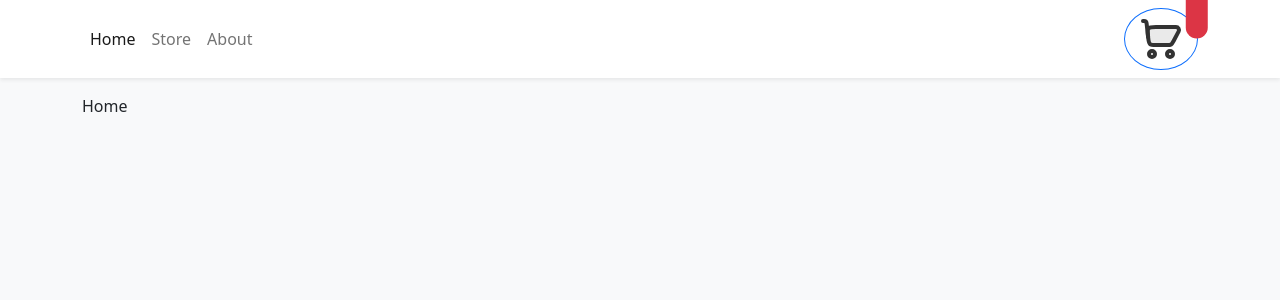
Repository: MoNasr2022/shopping-cart
Page: /
The author's editor kept a copy of each file at every save. The page is drawn from the files as they stood at one save, then again after a run of saves.
The browser window is 1280 px wide. The pictures show the whole page.
The project was rebuilt for these pictures with package versions that can differ from the ones it lists, and the page was loaded fresh each time. Also part of the build but not shown: vite.config.ts, src/pages/Store.tsx, src/pages/About.tsx.

Above is the page before, as saved 2023-04-17 01:41:26.

### index.html
<!DOCTYPE html>
<html lang="en">
  <head>
    <meta charset="UTF-8" />
    <link rel="icon" type="image/svg+xml" href="/vite.svg" />
    <meta name="viewport" content="width=device-width, initial-scale=1.0" />
    <title>Nasr Shopping Cart</title>
  </head>
  <body class="bg-light">
    <div id="root"></div>
    <script type="module" src="/src/main.tsx"></script>
  </body>
</html>

### src/App.tsx
import { Routes, Route } from "react-router-dom";
import { Container } from "react-bootstrap";
import Home from "./pages/Home";
import Store from "./pages/Store";
import About from "./pages/About";
import Navbar from "./components/Navbar";

function App() {
  return (
    <>
      <Navbar />
      <Container className="mb-4">
        <Routes>
          <Route path="/" element={<Home />} />
          <Route path="/store" element={<Store />} />
          <Route path="/about" element={<About />} />
        </Routes>
      </Container>
    </>
  );
}

export default App;

### src/pages/Home.tsx


export default function Home () {
  return (
    <div>Home</div>
  )
}

### src/components/Navbar.tsx
import { Navbar as NavbarB } from "react-bootstrap";
import { Container, Nav, Button } from "react-bootstrap";
import { NavLink } from "react-router-dom";

export default function Navbar() {
  return (
    <NavbarB className="bg-white shadow-sm mb-3">
      <Container>
        <Nav className="me-auto">
          <Nav.Link as={NavLink} to="/">
            {" "}
            Home
          </Nav.Link>
          <Nav.Link as={NavLink} to="/store">
            {" "}
            Store
          </Nav.Link>
          <Nav.Link as={NavLink} to="/about">
            {" "}
            About
          </Nav.Link>
        </Nav>
        <Button
          className=" rounded-circle"
          variant="outline-primary"
          style={{ position: "relative" }}
        >
          <svg
            width="3rem"
            height="3rem"
            viewBox="0 0 24 24"
            fill="none"
            xmlns="http://www.w3.org/2000/svg"
          >
            <path
              opacity="0.1"
              d="M5.60464 11.4417C5.79269 13.1343 5.88672 13.9805 6.45624 14.4903C7.02576 15 7.87723 15 9.58017 15H9.70588H13.4706H14.827C16.0002 15 16.5867 15 17.0627 14.7134C17.5387 14.4268 17.8132 13.9084 18.3621 12.8716L20.8303 8.20947C21.361 7.207 20.6343 6 19.5 6H9.70588H9.46906C7.38336 6 6.34051 6 5.74427 6.66616C5.14803 7.33231 5.2632 8.36878 5.49353 10.4417L5.60464 11.4417Z"
              fill="#323232"
            />
            <path
              d="M5.60464 11.4417C5.79269 13.1343 5.88672 13.9805 6.45624 14.4903C7.02576 15 7.87723 15 9.58017 15H9.70588H13.4706H14.827C16.0002 15 16.5867 15 17.0627 14.7134C17.5387 14.4268 17.8132 13.9084 18.3621 12.8716L20.8303 8.20947C21.361 7.207 20.6343 6 19.5 6V6H9.70588H9.46906C7.38336 6 6.34051 6 5.74427 6.66616C5.14803 7.33231 5.2632 8.36878 5.49353 10.4417L5.60464 11.4417Z"
              stroke="#323232"
              stroke-width="2"
              stroke-linejoin="round"
            />
            <path
              d="M3 3H3.5V3C4.1642 3 4.72218 3.49942 4.79553 4.15955L5.55558 11"
              stroke="#323232"
              stroke-width="2"
              stroke-linecap="round"
              stroke-linejoin="round"
            />
            <path
              d="M9 19.5C9 20.3284 8.32843 21 7.5 21C6.67157 21 6 20.3284 6 19.5C6 18.6716 6.67157 18 7.5 18C8.32843 18 9 18.6716 9 19.5Z"
              stroke="#323232"
              stroke-width="2"
            />
            <path
              d="M18 19.5C18 20.3284 17.3284 21 16.5 21C15.6716 21 15 20.3284 15 19.5C15 18.6716 15.6716 18 16.5 18C17.3284 18 18 18.6716 18 19.5Z"
              stroke="#323232"
              stroke-width="2"
            />
          </svg>
          <span className="position-absolute bottom-0 start-100 translate-middle badge rounded-pill bg-danger"
          >3</span>
        </Button>
      </Container>
    </NavbarB>
  );
}

Loaded but not shown: src/main.tsx (common file)

After the next 2 saves:
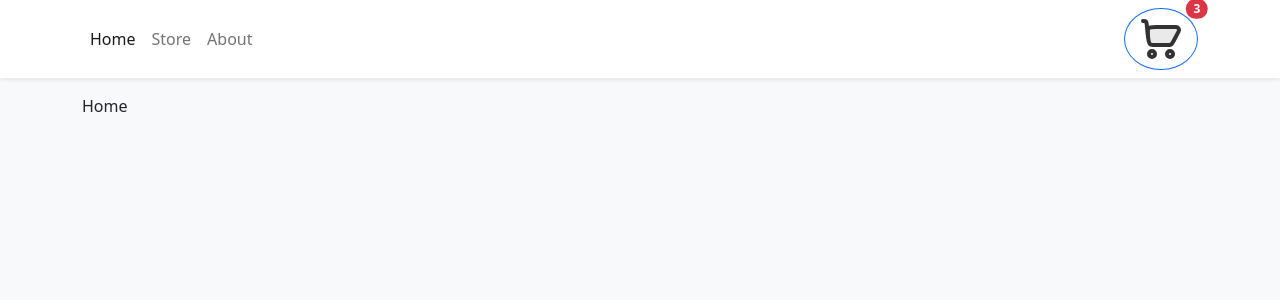
The 2 saves are shown as one change because they came seconds apart.
The last was saved 12 s later.
--- a/src/components/Navbar.tsx
+++ b/src/components/Navbar.tsx
@@ -61,7 +61,7 @@
               stroke-width="2"
             />
           </svg>
-          <span className="position-absolute bottom-0 start-100 translate-middle badge rounded-pill bg-danger"
+          <span className="position-absolute top-0 start-100 translate-middle badge rounded-pill bg-danger"
           >3</span>
         </Button>
       </Container>

After the 6 saves that followed:
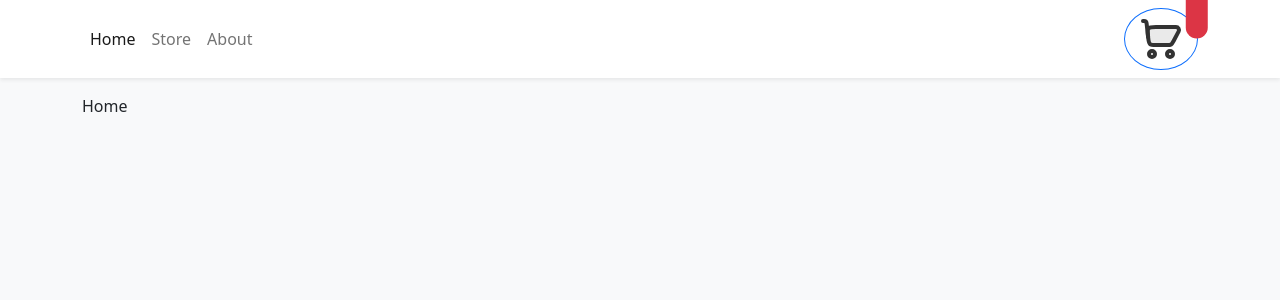
The 6 saves are shown as one change because 1 left the picture as it was and some came seconds apart.
The last was saved 86 s later.
--- a/src/components/Navbar.tsx
+++ b/src/components/Navbar.tsx
@@ -61,8 +61,7 @@
               stroke-width="2"
             />
           </svg>
-          <span className="position-absolute top-0 start-100 translate-middle badge rounded-pill bg-danger"
-          >3</span>
+          <span className="position-absolute bottom-0 right-0 start-100 translate-middle badge rounded-pill bg-danger">3</span>
         </Button>
       </Container>
     </NavbarB>
